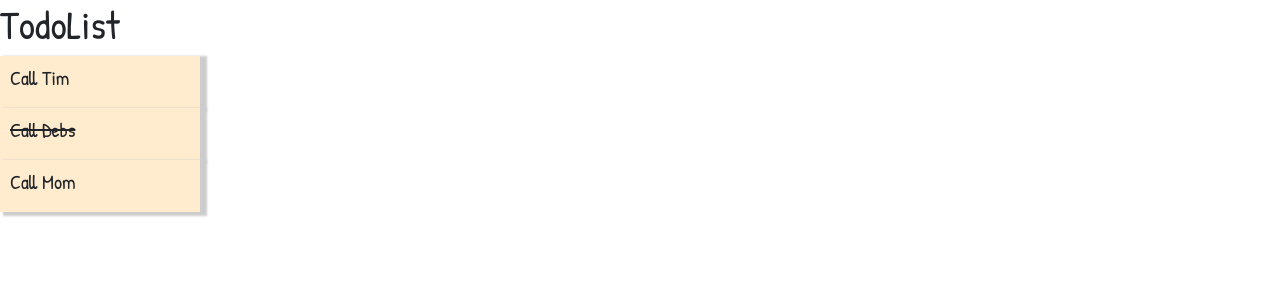
Repository: latenightsnacc/React-Projects
Page: /about (app in todolist/)
The author's editor kept a copy of each file at every save. The page is drawn from the files as they stood at one save, then again after the next save.
The browser window is 1280 px wide. The pictures show the whole page.
The project was rebuilt for these pictures with package versions that can differ from the ones it lists, and the page was loaded fresh each time.

Above is the page before, as saved 2020-07-02 11:22:11.

After the next save:
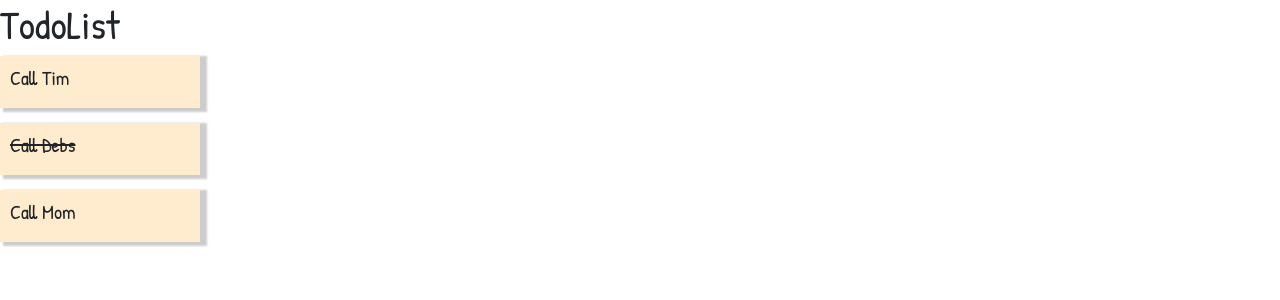
Saved 26 s later.
--- a/todolist/src/components/TodoItem.js
+++ b/todolist/src/components/TodoItem.js
@@ -7,6 +7,7 @@ class TodoItem extends Component {
             background: '#ffebcd',
             width: '200px',
             padding: '10px',
+            marginBottom: '15px',
             boxShadow: '5px 2px 2px 2px #cccccc',
             textDecoration: this.props.task.completed ?
             'line-through'
